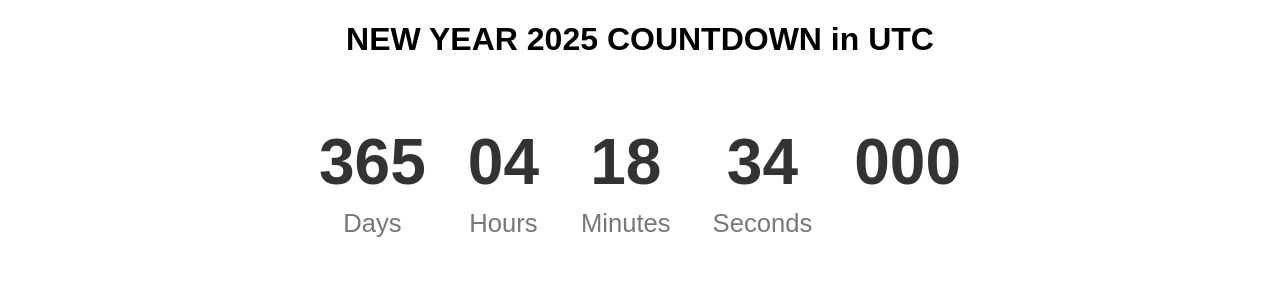
Repository: end888160/end888160.github.io
Page: countdown2025_adv2.html
These files come from the project's save history. The page is drawn as it stood at one moment and after the next save; the edit follows.
The browser window is 1280 px wide. The pictures show the whole page.

Above is the page before, as saved 2024-09-20 22:18:20.
Console error: ReferenceError: countDownTarget is not defined

After the next save:
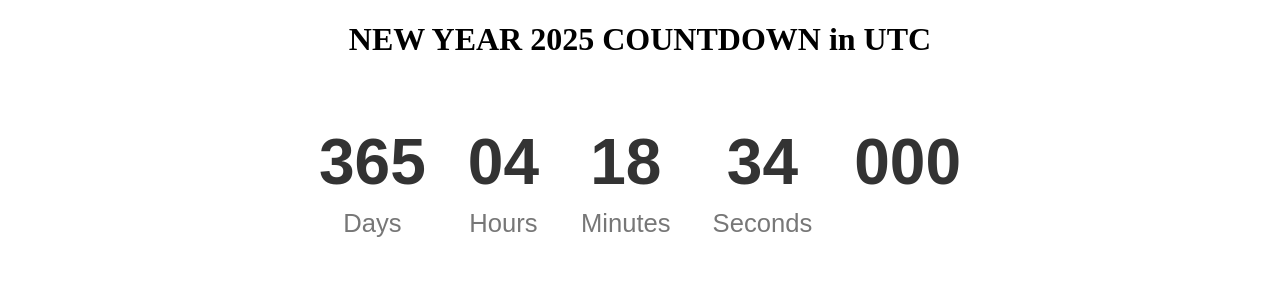
Saved 2 min 15 s later.
--- a/countdown2025_adv2.html
+++ b/countdown2025_adv2.html
@@ -36,7 +36,7 @@
     }
     h1 {
         text-align: center;
-        font-family: Arial, Helvetica, sans-serif;
+        font-family: 'Courier New', Courier, monospace
         font-size: xx-large;
     }
     @media (prefers-color-scheme: light) {

After the save that followed:
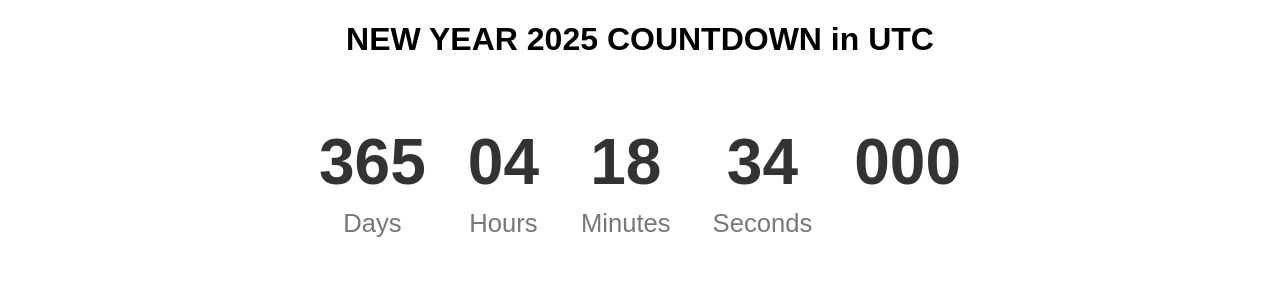
Saved 4 s later.
--- a/countdown2025_adv2.html
+++ b/countdown2025_adv2.html
@@ -36,7 +36,7 @@
     }
     h1 {
         text-align: center;
-        font-family: 'Courier New', Courier, monospace
+        font-family: Arial, Helvetica, sans-serif;
         font-size: xx-large;
     }
     @media (prefers-color-scheme: light) {
